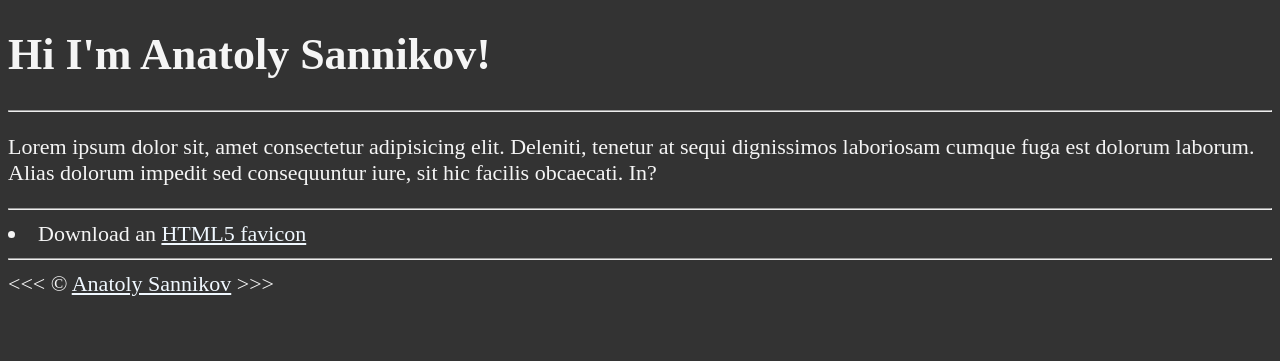
Repository: sannikovcode/exercises-a1
Page: JS/test1/task3/about.html
The author's editor kept a copy of each file at every save. The page is drawn from the files as they stood at one save, then again after the next save.
The browser window is 1280 px wide. The pictures show the whole page.

Above is the page before, as saved 2025-10-13 15:22:29.

### JS/test1/task3/about.html
<!DOCTYPE html>
<html lang="en">
<head>
    <meta charset="UTF-8">
    <meta name="author" content="Anatoly">
    <meta name="description" content="Hi, I'm Anatoly Sannikov.
    This page is about me.">
    <title>About Me</title>
    <link rel="icon" href="html5.png"
    type="image/x-icon">
    <link rel="stylesheet" href="main.css"
    type="text/css">

</head>
<body>
    <h1> Hi I'm Anatoly Sannikov!</h1>

    <hr>

        <p>
            Lorem ipsum dolor sit, amet consectetur adipisicing elit.
            Deleniti, tenetur at sequi dignissimos laboriosam cumque
            fuga est dolorum laborum. Alias dolorum impedit sed
            consequuntur iure, sit hic facilis obcaecati. In?
        </p>


    <hr>

    <li>Download an <a href="html5.png"
        Download>HTML5 favicon</a></li>


    <hr>


    &lt;&lt;&lt; &copy; <a href="about.html">Anatoly Sannikov</a>  &gt;&gt;&gt;


</body>

</html>

### JS/test1/task3/main.css
 html {
            font-size: 22px
        }

        body {
            background-color:   #333;
            color: whitesmoke;
        }

        a {
            color: aliceblue;

        }

        a:visited {
            color: lightgray;
        }

        a:hover, a:active {
            color: #eee;
        }

After the next save:
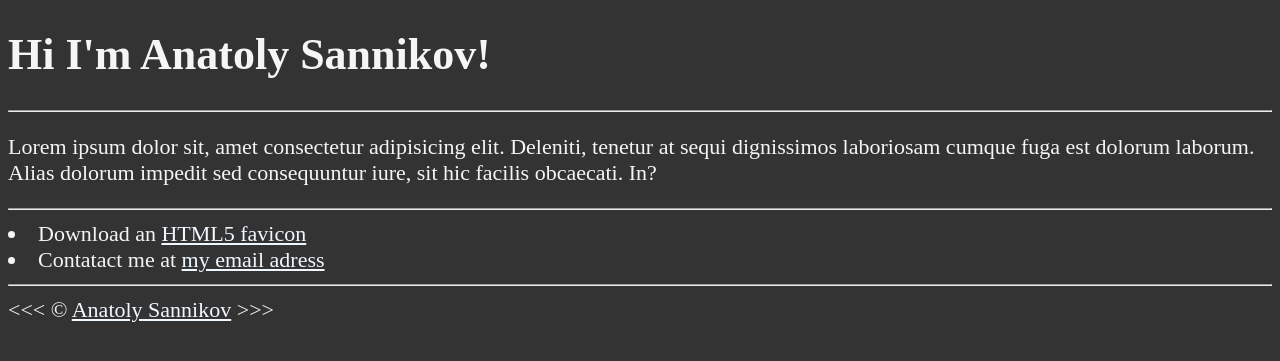
Saved 3 min 53 s later.
--- a/JS/test1/task3/about.html
+++ b/JS/test1/task3/about.html
@@ -29,6 +29,11 @@
 
     <li>Download an <a href="html5.png"
         Download>HTML5 favicon</a></li>
+        <li>
+            Contatact me at <a href="mailto:random@email.com">my email
+                adress
+            </a>
+        </li>
 
 
     <hr>
